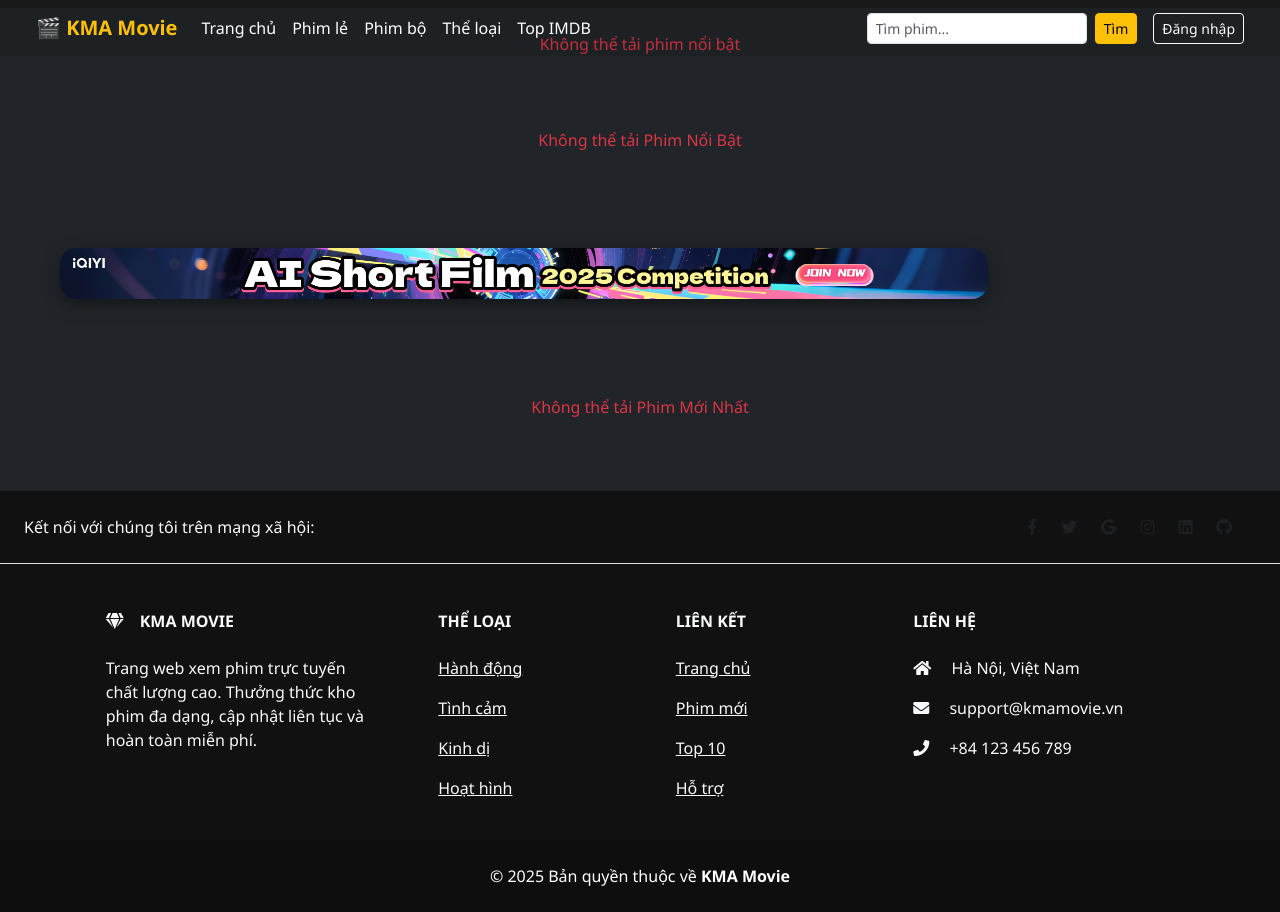
Repository: takagi2004/KMA_Nhom27_TTCS_WebXemFilm_FonEnd
Page: /
The author's editor kept a copy of each file at every save. The page is drawn from the files as they stood at one save, then again after a run of saves.
The browser window is 1280 px wide. The pictures show the whole page.
The page's requests for data from a server got no answer. The project was rebuilt for these pictures with package versions that can differ from the ones it lists, and the page was loaded fresh each time. No one was signed in, and anything a server would have sent is missing. Also part of the build but not shown: src/layout/danhsachphim/Props/PhimCard.tsx.

Above is the page before, as saved 2025-08-07 01:49:16.

### public/index.html
<!DOCTYPE html>
<html lang="en">
  <head>
    <meta charset="utf-8" />
    <link rel="icon" href="%PUBLIC_URL%/favicon.ico" />
    <meta name="viewport" content="width=device-width, initial-scale=1" />
    <meta name="theme-color" content="#000000" />
    <meta
      name="description"
      content="Web site created using create-react-app"
    />
    <link rel="apple-touch-icon" href="%PUBLIC_URL%/logo192.png" />
    <!--
      manifest.json provides metadata used when your web app is installed on a
      user's mobile device or desktop. See https://developers.google.com/web/fundamentals/web-app-manifest/
    -->
    <link rel="manifest" href="%PUBLIC_URL%/manifest.json" />
    <!--
      Notice the use of %PUBLIC_URL% in the tags above.
      It will be replaced with the URL of the `public` folder during the build.
      Only files inside the `public` folder can be referenced from the HTML.

      Unlike "/favicon.ico" or "favicon.ico", "%PUBLIC_URL%/favicon.ico" will
      work correctly both with client-side routing and a non-root public URL.
      Learn how to configure a non-root public URL by running `npm run build`.
    -->
    <link href="https://cdn.jsdelivr.net/npm/bootstrap@5.3.7/dist/css/bootstrap.min.css" rel="stylesheet" integrity="sha384-LN+7fdVzj6u52u30Kp6M/trliBMCMKTyK833zpbD+pXdCLuTusPj697FH4R/5mcr" crossorigin="anonymous">
    <link rel="stylesheet" href="https://cdnjs.cloudflare.com/ajax/libs/font-awesome/5.15.3/css/all.min.css">
    <title>Xem Phim Hay,Mới Nhất Tại Phimmoi.com</title>
  </head>
  <body>
    <noscript>You need to enable JavaScript to run this app.</noscript>
    <div id="root"></div>
    <!--
      This HTML file is a template.
      If you open it directly in the browser, you will see an empty page.

      You can add webfonts, meta tags, or analytics to this file.
      The build step will place the bundled scripts into the <body> tag.

      To begin the development, run `npm start` or `yarn start`.
      To create a production bundle, use `npm run build` or `yarn build`.
    -->
    <script src="https://cdn.jsdelivr.net/npm/bootstrap@5.3.7/dist/js/bootstrap.bundle.min.js" integrity="sha384-ndDqU0Gzau9qJ1lfW4pNLlhNTkCfHzAVBReH9diLvGRem5+R9g2FzA8ZGN954O5Q" crossorigin="anonymous"></script>
  </body>
</html>

### src/App.tsx
import React from 'react';
import './App.css';
import Hompage from './layout/Hompage';

function App() {
  return (
    <div className="App">
       <Hompage />
    </div>
  );
}

export default App;

### src/layout/Hompage.tsx
import DanhSachPhim from "./danhsachphim/DanhSachPhim";
import Footer from "./header/foode-narbar-carosel/Footer";
import Header from "./header/Header";
import React from "react";
function Hompage() {
  return (
    <div className="App">
       <Header />
       <Footer />
    </div>
  );
}

export default Hompage;

### src/layout/header/foode-narbar-carosel/Footer.tsx
import React from "react";

/**
 * Footer cho trang web xem phim
 * - Responsive đầy đủ (mobile, tablet, desktop)
 * - Có phần mạng xã hội + liên hệ + link nhanh
 * - Thiết kế nền tối phù hợp trang xem phim
 */
const Footer: React.FC = () => {
  return (
    <footer className="text-center text-lg-start text-muted" style={{ backgroundColor: "#111" }}>
      {/* ====================== MẠNG XÃ HỘI ====================== */}
      <section className="d-flex justify-content-center justify-content-lg-between p-4 border-bottom">
        {/* Bên trái - chỉ hiện trên màn hình lớn */}
        <div className="me-5 d-none d-lg-block text-light">
          <span>Kết nối với chúng tôi trên mạng xã hội:</span>
        </div>

        {/* Bên phải - icon mạng xã hội */}
        <div>
          <a href="#" className="me-4 text-reset text-light"><i className="fab fa-facebook-f"></i></a>
          <a href="#" className="me-4 text-reset text-light"><i className="fab fa-twitter"></i></a>
          <a href="#" className="me-4 text-reset text-light"><i className="fab fa-google"></i></a>
          <a href="#" className="me-4 text-reset text-light"><i className="fab fa-instagram"></i></a>
          <a href="#" className="me-4 text-reset text-light"><i className="fab fa-linkedin"></i></a>
          <a href="#" className="me-4 text-reset text-light"><i className="fab fa-github"></i></a>
        </div>
      </section>

      {/* ====================== LIÊN KẾT NHANH ====================== */}
      <section>
        <div className="container text-center text-md-start mt-5 text-light">
          <div className="row mt-3">
            {/* Cột 1 - Giới thiệu */}
            <div className="col-md-3 col-lg-4 col-xl-3 mx-auto mb-4">
              <h6 className="text-uppercase fw-bold mb-4">
                <i className="fas fa-gem me-3"></i>KMA Movie
              </h6>
              <p>
                Trang web xem phim trực tuyến chất lượng cao.
                Thưởng thức kho phim đa dạng, cập nhật liên tục và hoàn toàn miễn phí.
              </p>
            </div>

            {/* Cột 2 - Thể loại */}
            <div className="col-md-2 col-lg-2 col-xl-2 mx-auto mb-4">
              <h6 className="text-uppercase fw-bold mb-4">Thể loại</h6>
              <p><a href="#" className="text-reset">Hành động</a></p>
              <p><a href="#" className="text-reset">Tình cảm</a></p>
              <p><a href="#" className="text-reset">Kinh dị</a></p>
              <p><a href="#" className="text-reset">Hoạt hình</a></p>
            </div>

            {/* Cột 3 - Liên kết hữu ích */}
            <div className="col-md-3 col-lg-2 col-xl-2 mx-auto mb-4">
              <h6 className="text-uppercase fw-bold mb-4">Liên kết</h6>
              <p><a href="#" className="text-reset">Trang chủ</a></p>
              <p><a href="#" className="text-reset">Phim mới</a></p>
              <p><a href="#" className="text-reset">Top 10</a></p>
              <p><a href="#" className="text-reset">Hỗ trợ</a></p>
            </div>

            {/* Cột 4 - Liên hệ */}
            <div className="col-md-4 col-lg-3 col-xl-3 mx-auto mb-md-0 mb-4">
              <h6 className="text-uppercase fw-bold mb-4">Liên hệ</h6>
              <p><i className="fas fa-home me-3"></i> Hà Nội, Việt Nam</p>
              <p><i className="fas fa-envelope me-3"></i> support@kmamovie.vn</p>
              <p><i className="fas fa-phone me-3"></i> +84 123 456 789</p>
            </div>
          </div>
        </div>
      </section>

      {/* ====================== COPYRIGHT ====================== */}
      <div
        className="text-center p-4"
        style={{ backgroundColor: "rgba(0, 0, 0, 0.2)", color: "#fff" }}
      >
        © 2025 Bản quyền thuộc về <strong>KMA Movie</strong>
      </div>
    </footer>
  );
};

export default Footer;

### src/layout/header/Header.tsx
import React from "react";
import Navbar from "./foode-narbar-carosel/Narbar";
import Carousel from "./foode-narbar-carosel/Carousel";
import DanhSachPhim from "../danhsachphim/DanhSachPhim";
import { PhimAPI } from "../../api/PhimAPI";
import BannerMid from "../../anh/banne.jpg";

const Header: React.FC = () => {
  return (
    <div className="bg-dark">
      {/* ================== NAVBAR ================== */}
      <Navbar />

      {/* ================== CAROUSEL ================== */}
      <div className="mt-2 mb-4">
        <Carousel />
      </div>

      {/* ================== DANH SÁCH PHIM ================== */}
      <main className="container-fluid d-flex flex-column gap-4 pb-5">
        {/* Danh sách 1 */}
        <DanhSachPhim
          title="Phim Nổi Bật"
          fetchApi={() => PhimAPI.getPhimNoiBat(30)}
        />

        {/* Banner giữa 2 danh sách phim */}
        <div className="banner-mid my-4">
          <img
            src={BannerMid}
            alt="Sự kiện đặc biệt"
            className="img-fluid w-100"
          />
        </div>

        {/* Danh sách 2 */}
        <DanhSachPhim
          title="Phim Mới Nhất"
          fetchApi={() => PhimAPI.getPhimMoiNhat(20)}
        />
      </main>
    </div>
  );
};

export default Header;

### src/layout/header/foode-narbar-carosel/Narbar.tsx
import React, { useEffect, useState } from "react";
import "./../../../App.css";

const Navbar: React.FC = () => {
  const [scrolled, setScrolled] = useState(false);

  // Theo dõi sự kiện scroll để đổi trạng thái navbar
  useEffect(() => {
    const handleScroll = () => {
      if (window.scrollY > 50) {
        setScrolled(true);
      } else {
        setScrolled(false);
      }
    };

    window.addEventListener("scroll", handleScroll);
    return () => {
      window.removeEventListener("scroll", handleScroll);
    };
  }, []);

  return (
    <nav
      className={`navbar navbar-expand-lg fixed-top px-4 ${
        scrolled ? "navbar-dark bg-dark shadow" : "navbar-dark bg-transparent"
      }`}
    >
      <div className="container-fluid">
        {/* Logo */}
        <a className="navbar-brand fw-bold text-warning" href="/">
          🎬 KMA Movie
        </a>

        {/* Menu icon mobile */}
        <button
          className="navbar-toggler"
          type="button"
          data-bs-toggle="collapse"
          data-bs-target="#navbarMovie"
          aria-controls="navbarMovie"
          aria-expanded="false"
          aria-label="Toggle navigation"
        >
          <span className="navbar-toggler-icon"></span>
        </button>

        {/* Menu */}
        <div className="collapse navbar-collapse" id="navbarMovie">
          <ul className="navbar-nav me-auto mb-2 mb-lg-0">
            <li className="nav-item"><a className="nav-link active" href="/">Trang chủ</a></li>
            <li className="nav-item"><a className="nav-link" href="/phim-le">Phim lẻ</a></li>
            <li className="nav-item"><a className="nav-link" href="/phim-bo">Phim bộ</a></li>
            <li className="nav-item"><a className="nav-link" href="/the-loai">Thể loại</a></li>
            <li className="nav-item"><a className="nav-link" href="/top-imdb">Top IMDB</a></li>
          </ul>

          {/* Search */}
          <form className="d-flex me-3">
            <input
              className="form-control form-control-sm me-2"
              type="search"
              placeholder="Tìm phim..."
            />
            <button className="btn btn-sm btn-warning" type="submit">
              Tìm
            </button>
          </form>

          {/* Icon user */}
          <a className="btn btn-outline-light btn-sm">Đăng nhập</a>
        </div>
      </div>
    </nav>
  );
};

export default Navbar;

### src/layout/danhsachphim/DanhSachPhim.tsx
import React, { useEffect, useState } from "react";
import Slider from "react-slick";
import PhimModel from "../../model/PhimModel";
import PhimCard from "./Props/PhimCard";
import "slick-carousel/slick/slick.css";
import "slick-carousel/slick/slick-theme.css";

interface DanhSachPhimProps {
  title: string;
  fetchApi: () => Promise<PhimModel[]>;
  slidesToShow?: number;
}

const DanhSachPhim: React.FC<DanhSachPhimProps> = ({ title, fetchApi, slidesToShow = 8 }) => {
  const [phimList, setPhimList] = useState<PhimModel[]>([]);
  const [loading, setLoading] = useState(true);
  const [error, setError] = useState<string | null>(null);

  useEffect(() => {
    fetchApi()
      .then((data) => {
        setPhimList(data);
        setLoading(false);
      })
      .catch(() => {
        setError(`Không thể tải ${title}`);
        setLoading(false);
      });
  }, [fetchApi, title]);

  if (loading) return <div className="text-light p-4">Đang tải {title}...</div>;
  if (error) return <div className="text-danger p-4">{error}</div>;

  const settings = {
    dots: false,
    infinite: false,
    speed: 500,
    slidesToShow,
    slidesToScroll: slidesToShow,
    arrows: true,
    responsive: [
      {
        breakpoint: 1200,
        settings: { slidesToShow: Math.min(4, slidesToShow), slidesToScroll: 4 },
      },
      {
        breakpoint: 768,
        settings: { slidesToShow: 2, slidesToScroll: 2 },
      },
    ],
  };

  return (
    <div className="danh-sach-phim-wrapper">
      <div className="danh-sach-phim-container">
        <h3 className="mb-4 text-light fw-bold ps-4 text-start">{title}</h3>
        <div className="px-4">
          <Slider {...settings}>
            {phimList.map((phim) => (
              <div key={phim.idPhim} className="px-2">
                <PhimCard phim={phim} />
              </div>
            ))}
          </Slider>
        </div>
      </div>
    </div>
  );
};

export default DanhSachPhim;

### src/api/PhimAPI.ts
import axios from "axios";
import PhimModel from "../model/PhimModel";

const API_BASE_URL = "http://localhost:8080/api/phim";

export const PhimAPI = {
    // 1. Lấy tất cả phim
    getAllPhim: async (): Promise<PhimModel[]> => {
        const response = await axios.get<PhimModel[]>(`${API_BASE_URL}/all`);
        return response.data;
    },

    // 2. Lấy top phim thịnh hành
    getTopThinhHanh: async (limit: number = 10): Promise<PhimModel[]> => {
        const response = await axios.get<PhimModel[]>(`${API_BASE_URL}/top?limit=${limit}`);
        return response.data;
    },

    // 3. Lấy phim nổi bật (cho carousel)
    getPhimNoiBat: async (limit: number = 5): Promise<PhimModel[]> => {
        const response = await axios.get<PhimModel[]>(`${API_BASE_URL}/noi-bat?limit=${limit}`);
        return response.data;
    },

    // 4. Lấy chi tiết 1 phim theo ID
    getPhimById: async (id: number): Promise<PhimModel> => {
        const response = await axios.get<PhimModel>(`${API_BASE_URL}/${id}`);
        return response.data;
    },

    // 5. (Optional) Tìm kiếm phim theo từ khóa
    searchPhim: async (keyword: string): Promise<PhimModel[]> => {
        const response = await axios.get<PhimModel[]>(`${API_BASE_URL}/search?keyword=${encodeURIComponent(keyword)}`);
        return response.data;
    },
    // 6. Lấy phim mới nhất
    getPhimMoiNhat: async (limit: number = 10): Promise<PhimModel[]> => {
        const response = await axios.get<PhimModel[]>(`${API_BASE_URL}/moi-nhat?limit=${limit}`);
        return response.data;
    }
};

Loaded but not shown: src/index.tsx (common file); src/index.css (common file); src/reportWebVitals.ts (common file); src/App.css (333 lines, source omitted); src/layout/header/foode-narbar-carosel/Carousel.tsx (110 lines, source omitted)

After the next 2 saves:
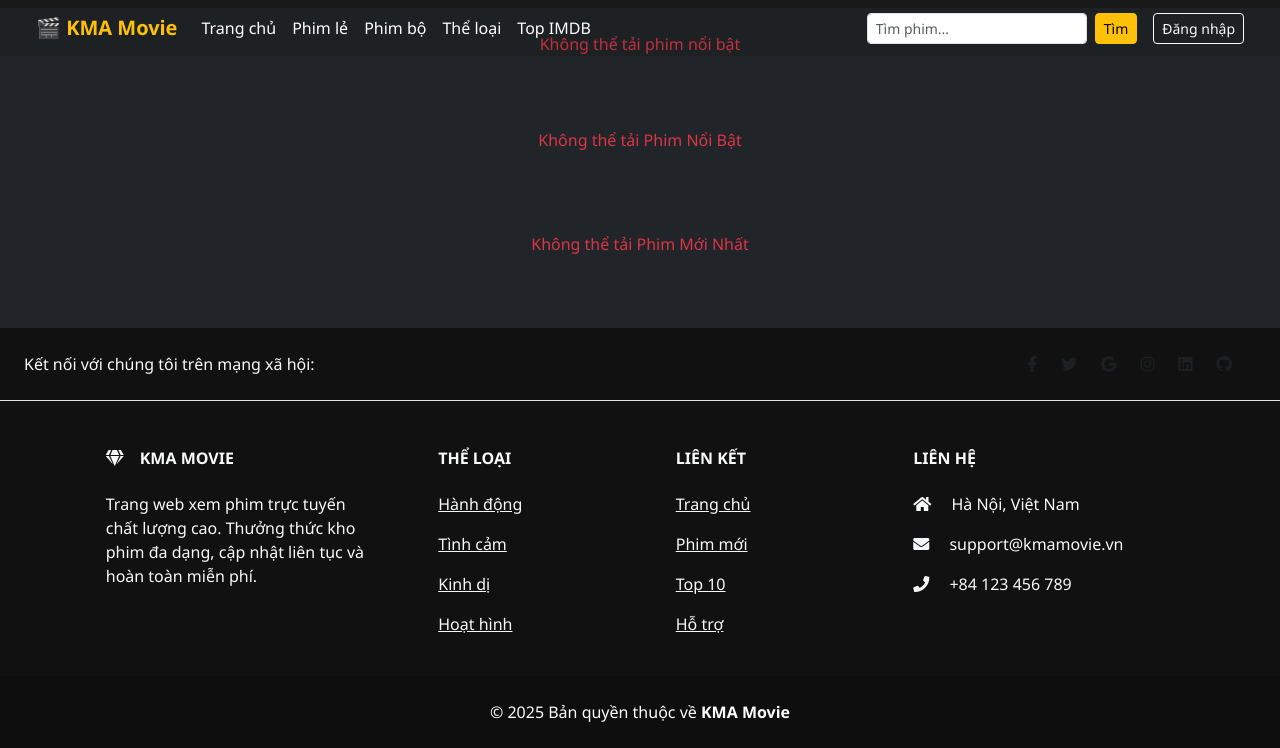
The 2 saves are shown as one change because they came seconds apart.
The last was saved 8 s later.
--- a/src/layout/header/Header.tsx
+++ b/src/layout/header/Header.tsx
@@ -24,14 +24,14 @@
           fetchApi={() => PhimAPI.getPhimNoiBat(30)}
         />
 
-        {/* Banner giữa 2 danh sách phim */}
+        {/* Banner giữa 2 danh sách phim
         <div className="banner-mid my-4">
           <img
             src={BannerMid}
             alt="Sự kiện đặc biệt"
             className="img-fluid w-100"
           />
-        </div>
+        </div> */}
 
         {/* Danh sách 2 */}
         <DanhSachPhim

After the 5 saves that followed:
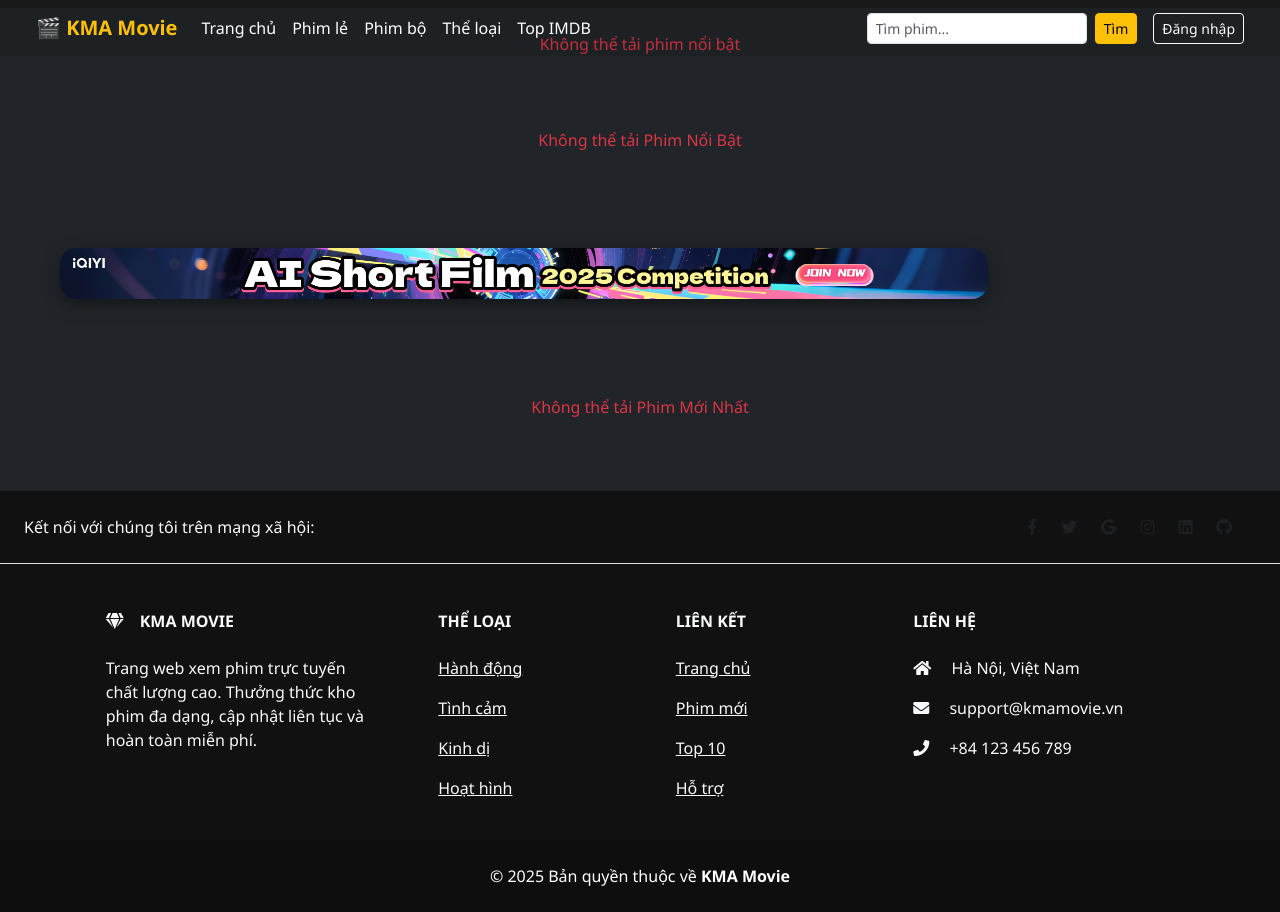
The 5 saves are shown as one change because 2 did not build or start and some came seconds apart.
The last was saved 3 min 2 s later.
--- a/src/layout/header/Header.tsx
+++ b/src/layout/header/Header.tsx
@@ -1,39 +1,37 @@
 import React from "react";
-import Navbar from "./foode-narbar-carosel/Narbar";
-import Carousel from "./foode-narbar-carosel/Carousel";
 import DanhSachPhim from "../danhsachphim/DanhSachPhim";
 import { PhimAPI } from "../../api/PhimAPI";
 import BannerMid from "../../anh/banne.jpg";
+import Navbar from "./foode-narbar-carosel/Narbar";
+import Carousel from "./foode-narbar-carosel/Carousel";
 
 const Header: React.FC = () => {
   return (
     <div className="bg-dark">
-      {/* ================== NAVBAR ================== */}
+      {/* NAVBAR */}
       <Navbar />
 
-      {/* ================== CAROUSEL ================== */}
+      {/* CAROUSEL */}
       <div className="mt-2 mb-4">
         <Carousel />
       </div>
 
-      {/* ================== DANH SÁCH PHIM ================== */}
+      {/* DANH SÁCH PHIM */}
       <main className="container-fluid d-flex flex-column gap-4 pb-5">
-        {/* Danh sách 1 */}
         <DanhSachPhim
           title="Phim Nổi Bật"
           fetchApi={() => PhimAPI.getPhimNoiBat(30)}
         />
 
-        {/* Banner giữa 2 danh sách phim
+        {/* Banner giữa */}
         <div className="banner-mid my-4">
           <img
             src={BannerMid}
             alt="Sự kiện đặc biệt"
             className="img-fluid w-100"
           />
-        </div> */}
+        </div>
 
-        {/* Danh sách 2 */}
         <DanhSachPhim
           title="Phim Mới Nhất"
           fetchApi={() => PhimAPI.getPhimMoiNhat(20)}
